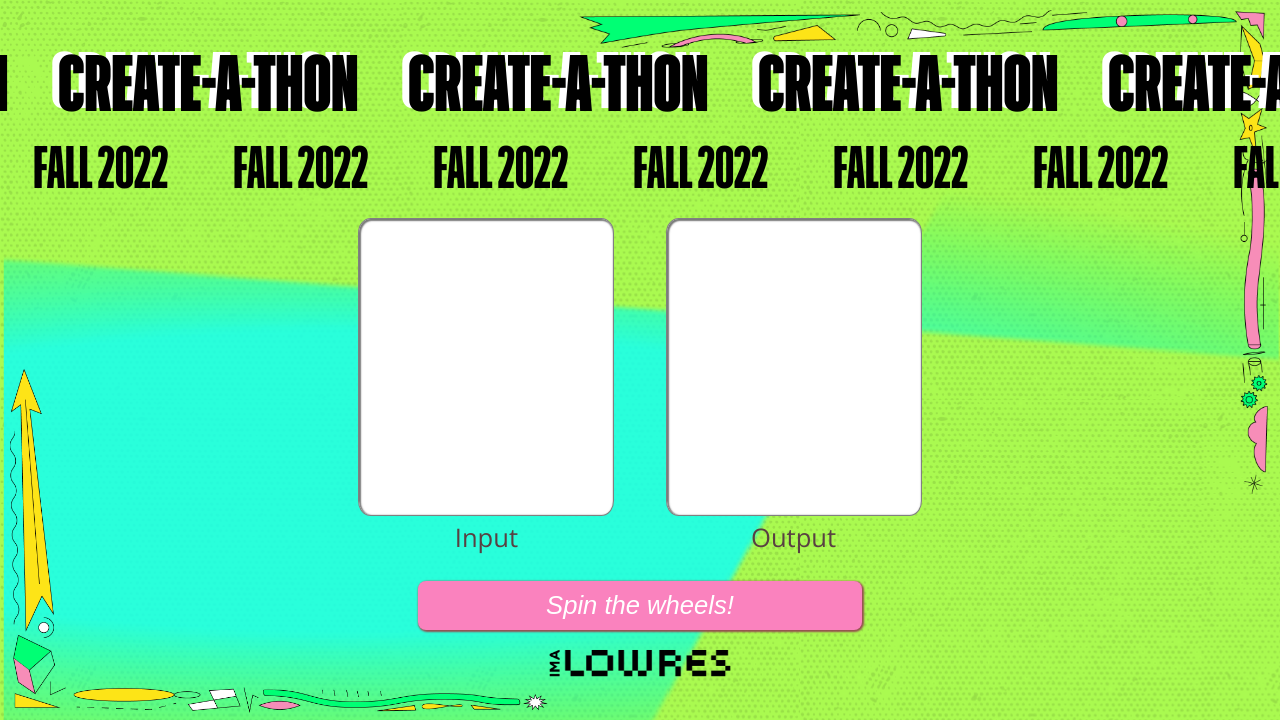
Repository: fakebrianho/IMA-Low-Res-Create-Athon-2022
Page: docs/project-generator/index.html
These files come from the project's save history. The page is drawn as it stood at one moment and after the next save; the edit follows.
The browser window is 1280 px wide. The pictures show the whole page.

Above is the page before, as saved 2022-10-26 23:44:43.
Not found: docs/project-generator/libraries/p5.dom.js
Not found: docs/project-generator/libraries/p5.js
Not found: docs/project-generator/libraries/p5.sound.js

After the next save:
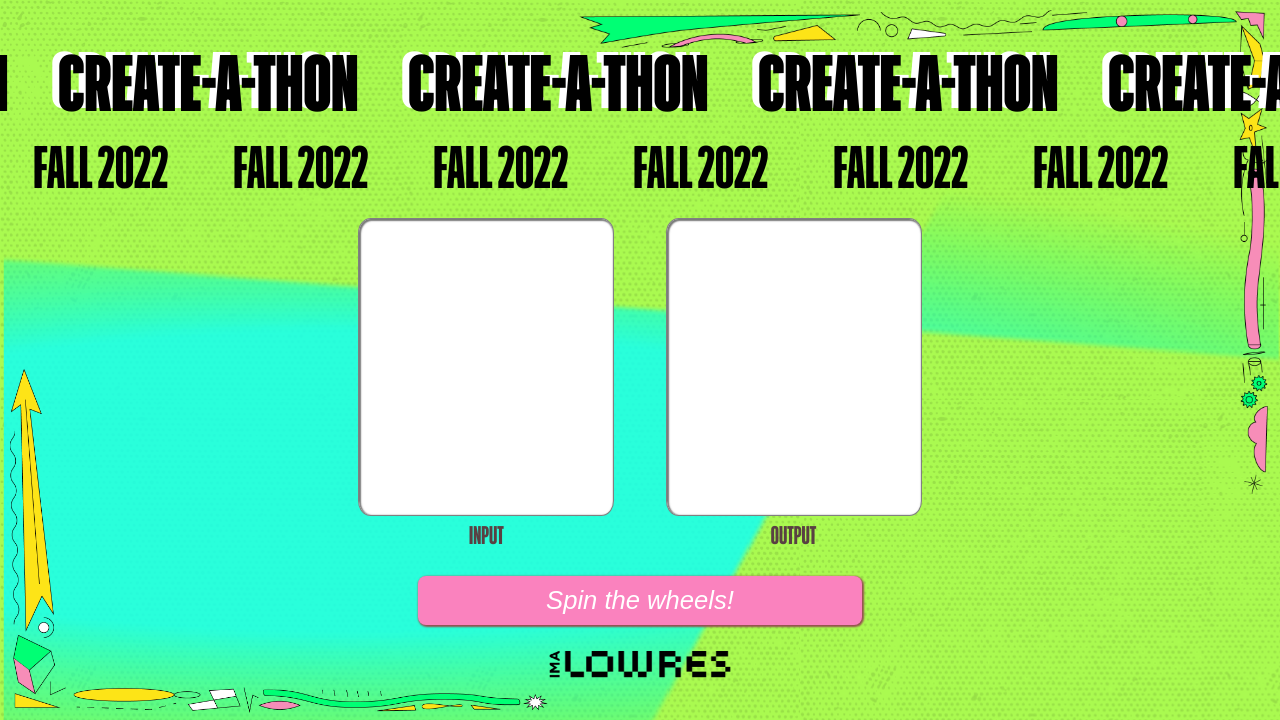
Saved 100 s later.
--- a/docs/project-generator/style.css
+++ b/docs/project-generator/style.css
@@ -13,7 +13,15 @@
 	width: 100%;
 	height: 100%;
 	box-sizing: border-box;
-	font-family: 'Open Sans', sans-serif;
+	/* font-family: 'Open Sans', sans-serif; */
+	font-family: 'Bild Variable V3 Web';
+	/* font-size: 60px; */
+	font-weight: 700;
+	hyphens: true;
+	font-synthesis: none;
+	margin: 0;
+	text-transform: uppercase;
+	font-variation-settings: 'wdth' 100;
 }
 
 section {
